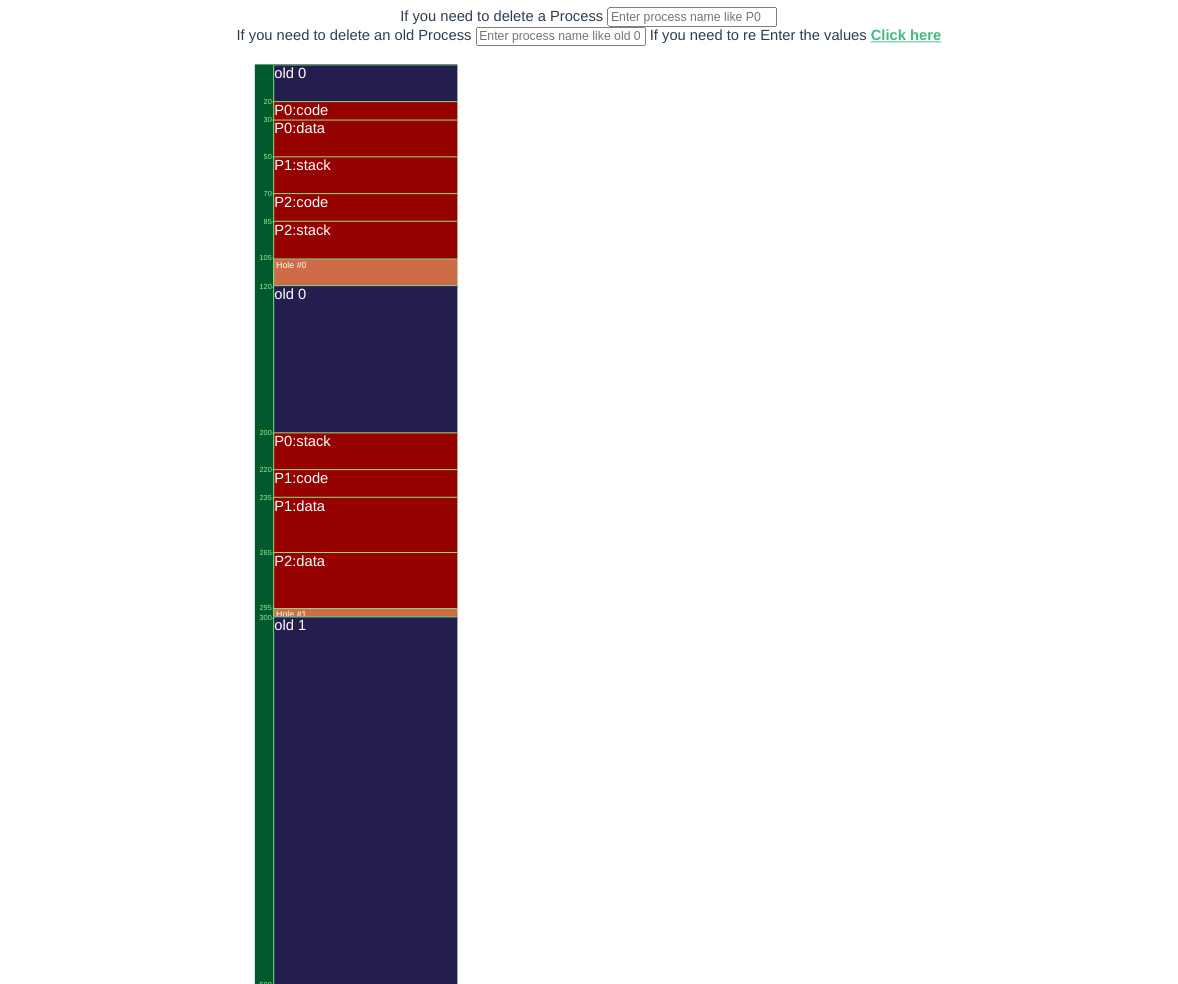
Repository: atout811/memory-allocation-project
Page: /#/final
The author's editor kept a copy of each file at every save. The page is drawn from the files as they stood at one save, then again after the next save.
The browser window is 1280 px wide. The pictures show the whole page, at 92% of full size.
The project was rebuilt for these pictures with package versions that can differ from the ones it lists, and the page was loaded fresh each time. Also part of the build but not shown: src/views/MemoryAndHoles.vue, src/views/Process.vue, src/views/Methods.vue.

Above is the page before, as saved 2021-06-10 17:20:32.

After the next save:
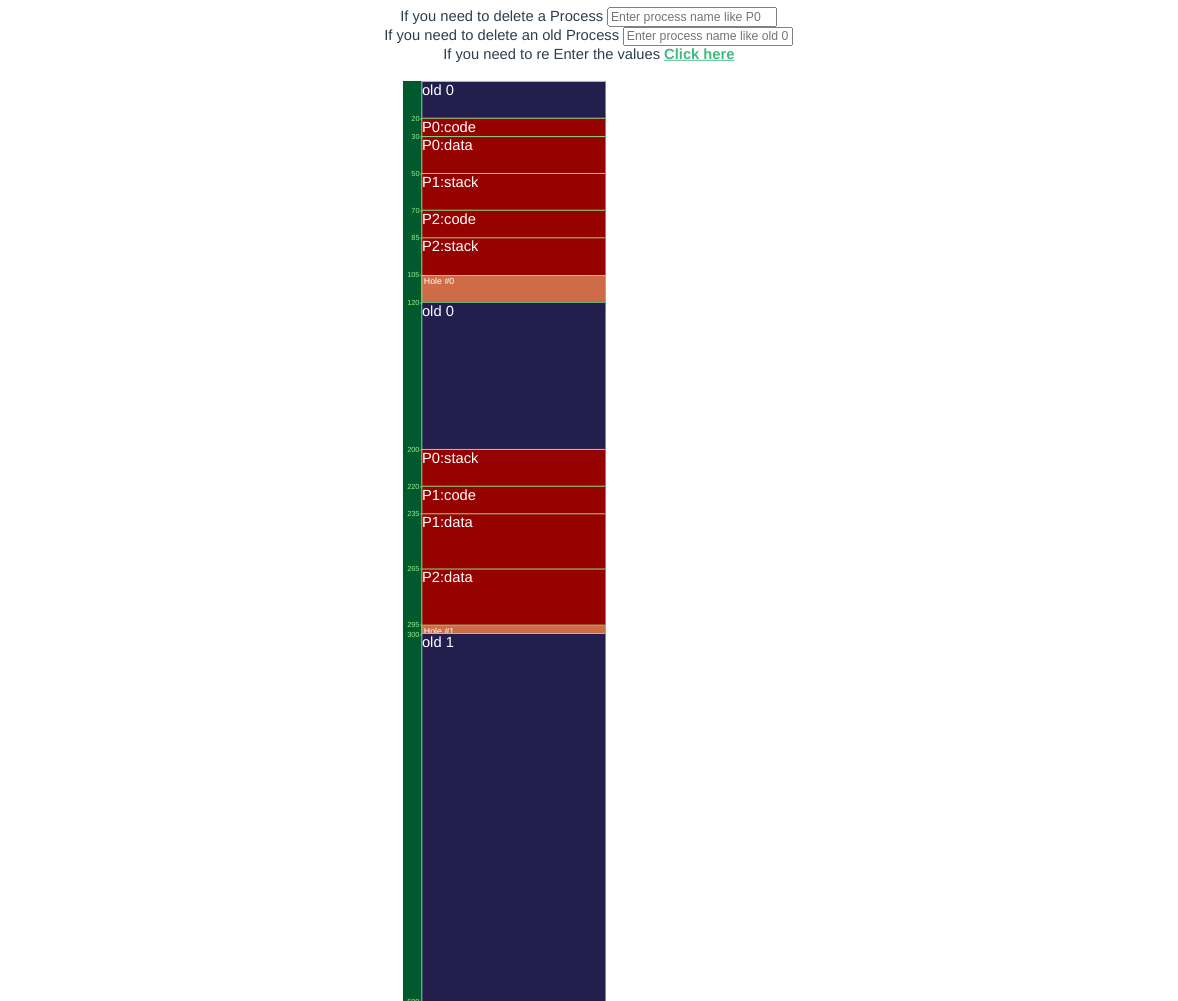
Saved 41 s later.
--- a/src/views/Final.vue
+++ b/src/views/Final.vue
@@ -16,8 +16,10 @@
           placeholder="Enter process name like old 0"
           v-model="deleteProcess"
         />
-        If you need to re Enter the values
-        <router-link to="/"> Click here </router-link>
+        <div>
+          If you need to re Enter the values
+          <router-link to="/"> Click here </router-link>
+        </div>
       </div>
     </div>
     <div class="memory"></div>
